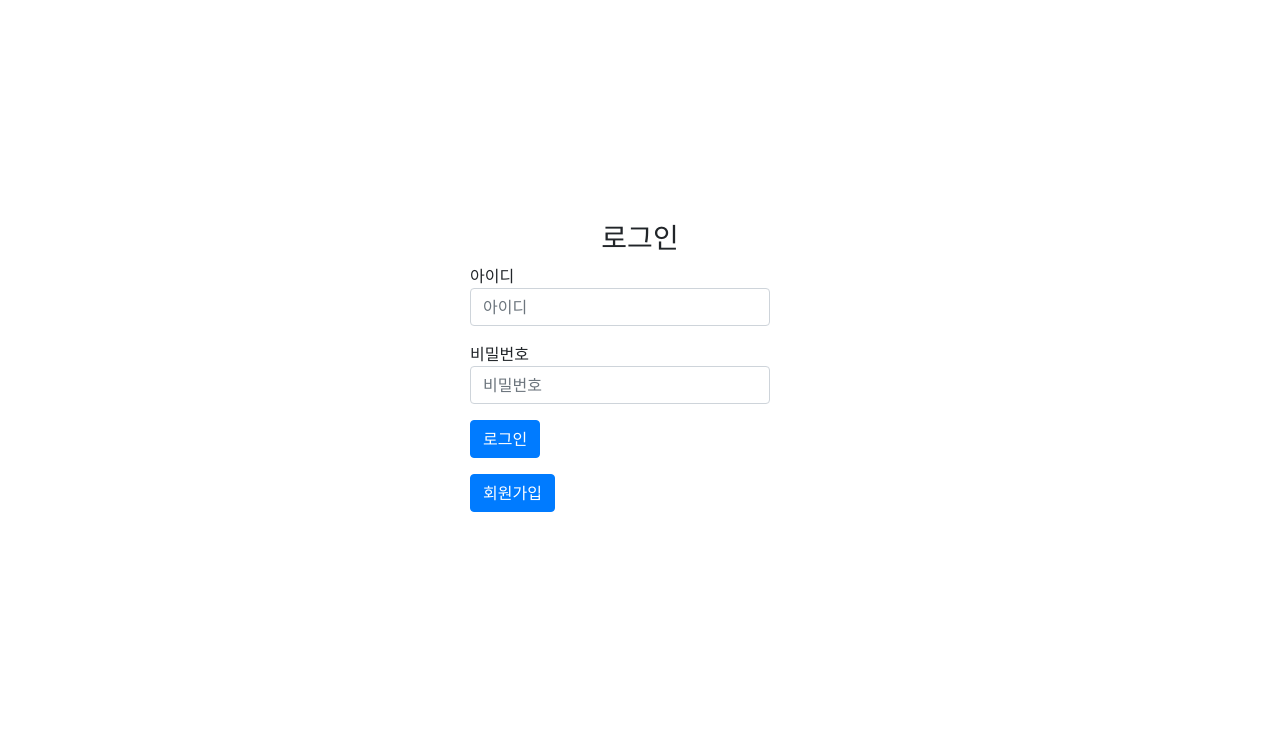
Repository: Seongjoo-Shin/webServer
Page: http://localhost/project/project/login.jsp
These files come from the project's save history. The page is drawn as it stood at one moment and after the next save; the edit follows.
The browser window is 1280 px wide. The pictures show the whole page.
The page is served by Tomcat 9. Other server files are loaded and not shown.

Above is the page before, as saved 2021-06-14 05:23:32.

### 20165514_신성주_웹서버구축_프로젝트_소스코드/project/WebContent/project/login.jsp
<%@ page language="java" contentType="text/html; charset=utf-8"
    pageEncoding="utf-8"%>
<!DOCTYPE html>
<html>
<head>
<meta charset="utf-8">
<title>로그인</title>
<link rel="stylesheet" href="https://stackpath.bootstrapcdn.com/bootstrap/4.3.1/css/bootstrap.min.css" integrity="sha384-ggOyR0iXCbMQv3Xipma34MD+dH/1fQ784/j6cY/iJTQUOhcWr7x9JvoRxT2MZw1T" crossorigin="anonymous">
</head>
<body>
	<div class="container">
		<div class="col-sm-4" style="margin:20% auto; border=solid 1;">
		<h3 class="text-center">로그인</h3>
		<form method="post" action="login_process.jsp">
			<p>아이디<input type="text" name="user_id" class="form-control" placeholder="아이디" style="width:300px;"></p>
			<p>비밀번호<input type="password" name="user_pwd" class="form-control" placeholder="비밀번호" style="width:300px;"></p>
			<p><input type="submit" class="btn btn-primary" value="로그인"></p>
			<p><a href="register.jsp" class="btn btn-primary">회원가입</a>
		</form>
		</div>
	</div>
</body>
</html>

After the next save:
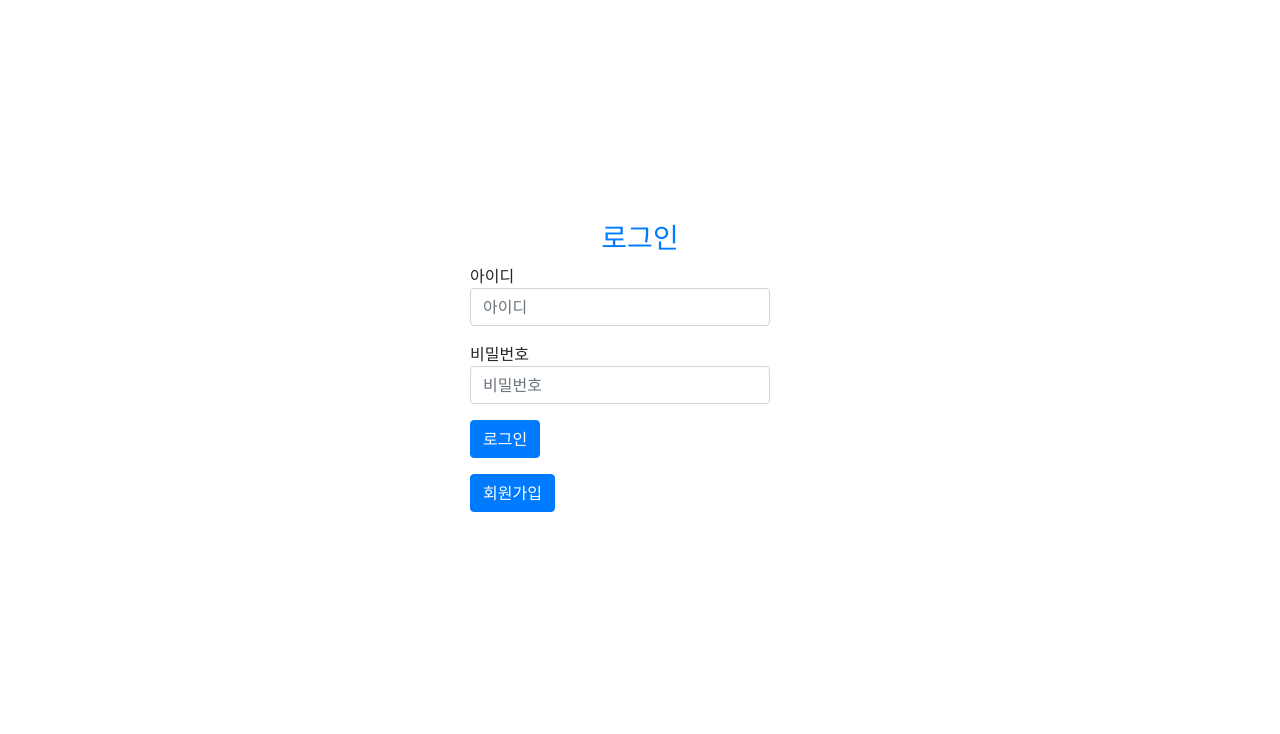
Saved 17 s later.
--- a/20165514_신성주_웹서버구축_프로젝트_소스코드/project/WebContent/project/login.jsp
+++ b/20165514_신성주_웹서버구축_프로젝트_소스코드/project/WebContent/project/login.jsp
@@ -10,7 +10,7 @@
 <body>
 	<div class="container">
 		<div class="col-sm-4" style="margin:20% auto; border=solid 1;">
-		<h3 class="text-center">로그인</h3>
+		<h3 class="text-center text-primary">로그인</h3>
 		<form method="post" action="login_process.jsp">
 			<p>아이디<input type="text" name="user_id" class="form-control" placeholder="아이디" style="width:300px;"></p>
 			<p>비밀번호<input type="password" name="user_pwd" class="form-control" placeholder="비밀번호" style="width:300px;"></p>
